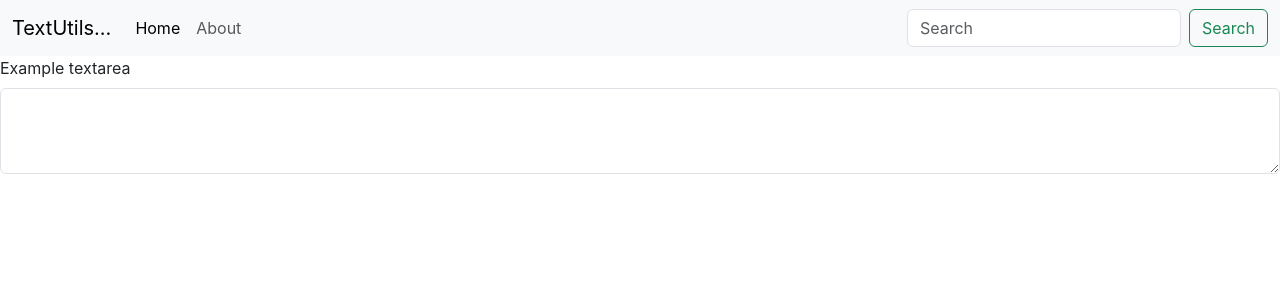
Repository: SujanNagaju/react-demo
Page: /
The author's editor kept a copy of each file at every save. The page is drawn from the files as they stood at one save, then again after the next save.
The browser window is 1280 px wide. The pictures show the whole page.
The project was rebuilt for these pictures with package versions that can differ from the ones it lists, and the page was loaded fresh each time. Also part of the build but not shown: src/App.css.

Above is the page before, as saved 2024-12-29 13:10:01.

After the next save:
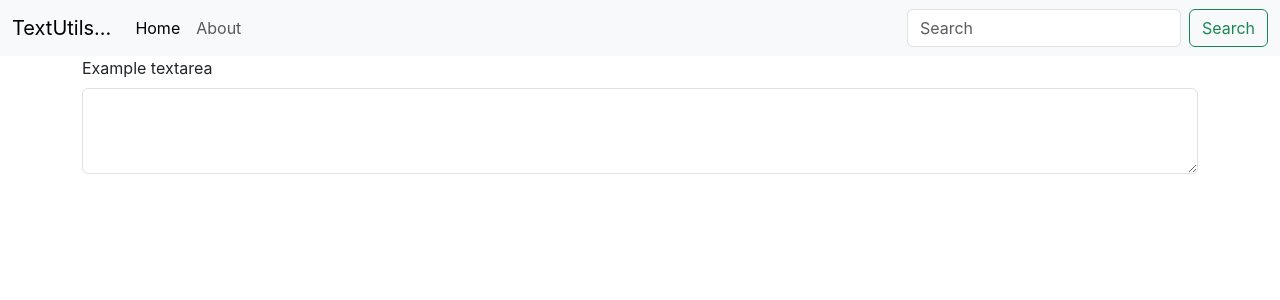
Saved 39 s later.
--- a/src/App.js
+++ b/src/App.js
@@ -8,7 +8,9 @@ function App() {
 
       {/* <Navbar title="TextUtils..." aboutText="About"/> */}
       <Navbar title="TextUtils..."/>
-      <TextForm/>
+      <div className="container">
+        <TextForm/>
+      </div>
     </>
   );
 }
